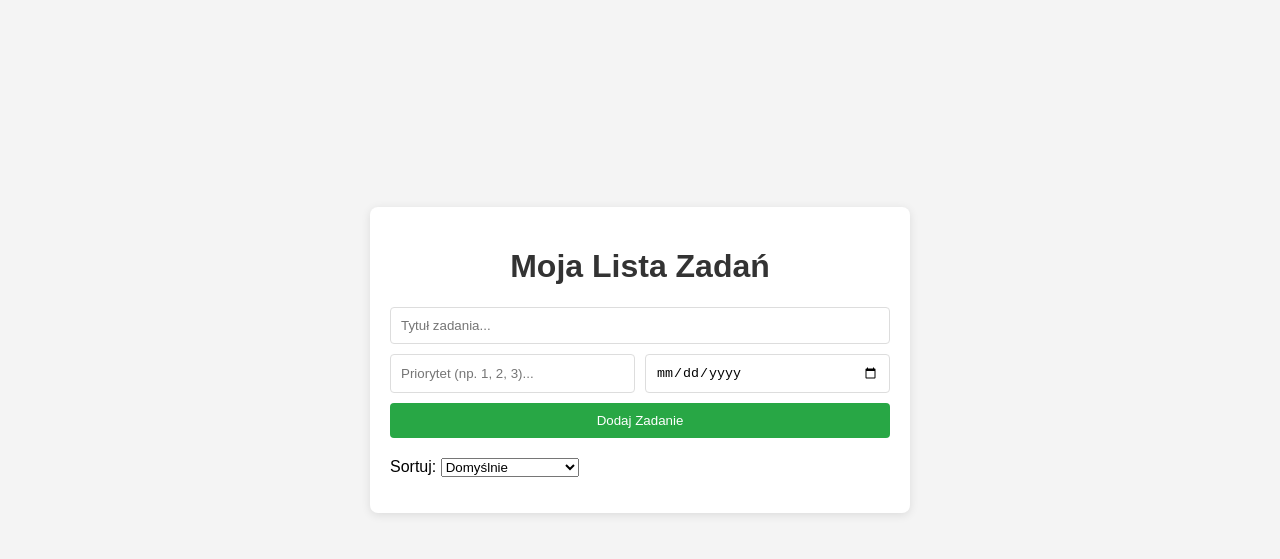
Repository: vuniwersytet-spec/todo-app-crud
Page: frontend/index.html
These files come from the project's save history. The page is drawn as it stood at one moment and after the next save; the edit follows.
The browser window is 1280 px wide. The pictures show the whole page.
The page's requests for data from a server got no answer.

Above is the page before, as saved 2025-11-04 14:29:37.

After the next save:
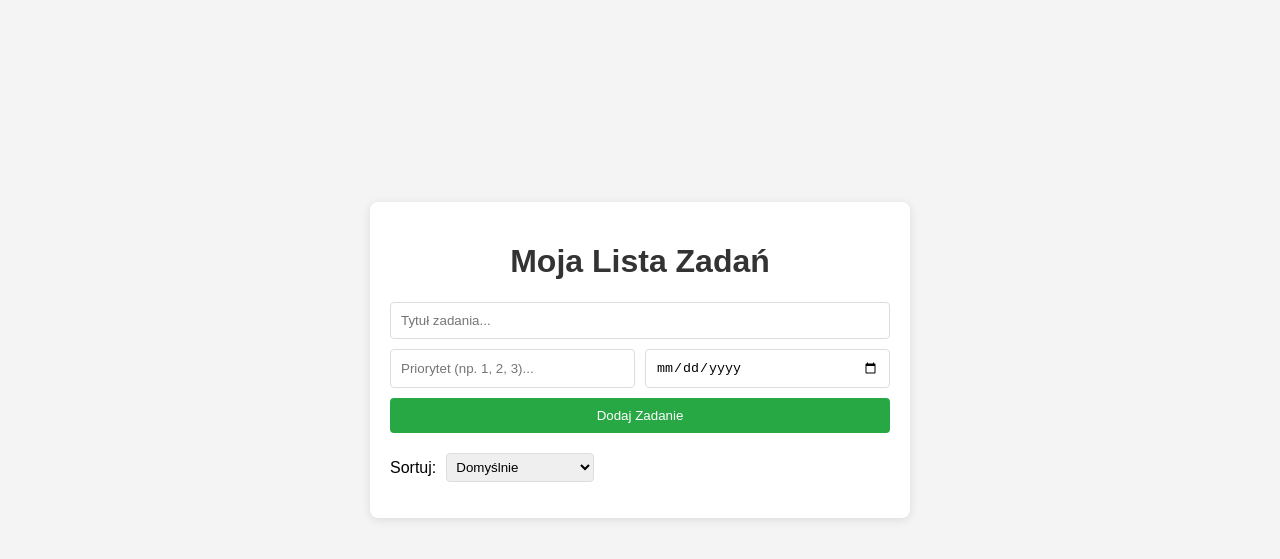
Saved 6 s later.
--- a/frontend/style.css
+++ b/frontend/style.css
@@ -128,3 +128,16 @@ li.completed .task-title {
 .delete-btn:hover {
     background: #c82333;
 }
+
+.sort-area {
+    margin-bottom: 15px;
+    display: flex;
+    align-items: center;
+    gap: 10px;
+}
+
+#sortSelect {
+    padding: 5px;
+    border: 1px solid #ddd;
+    border-radius: 4px;
+}
